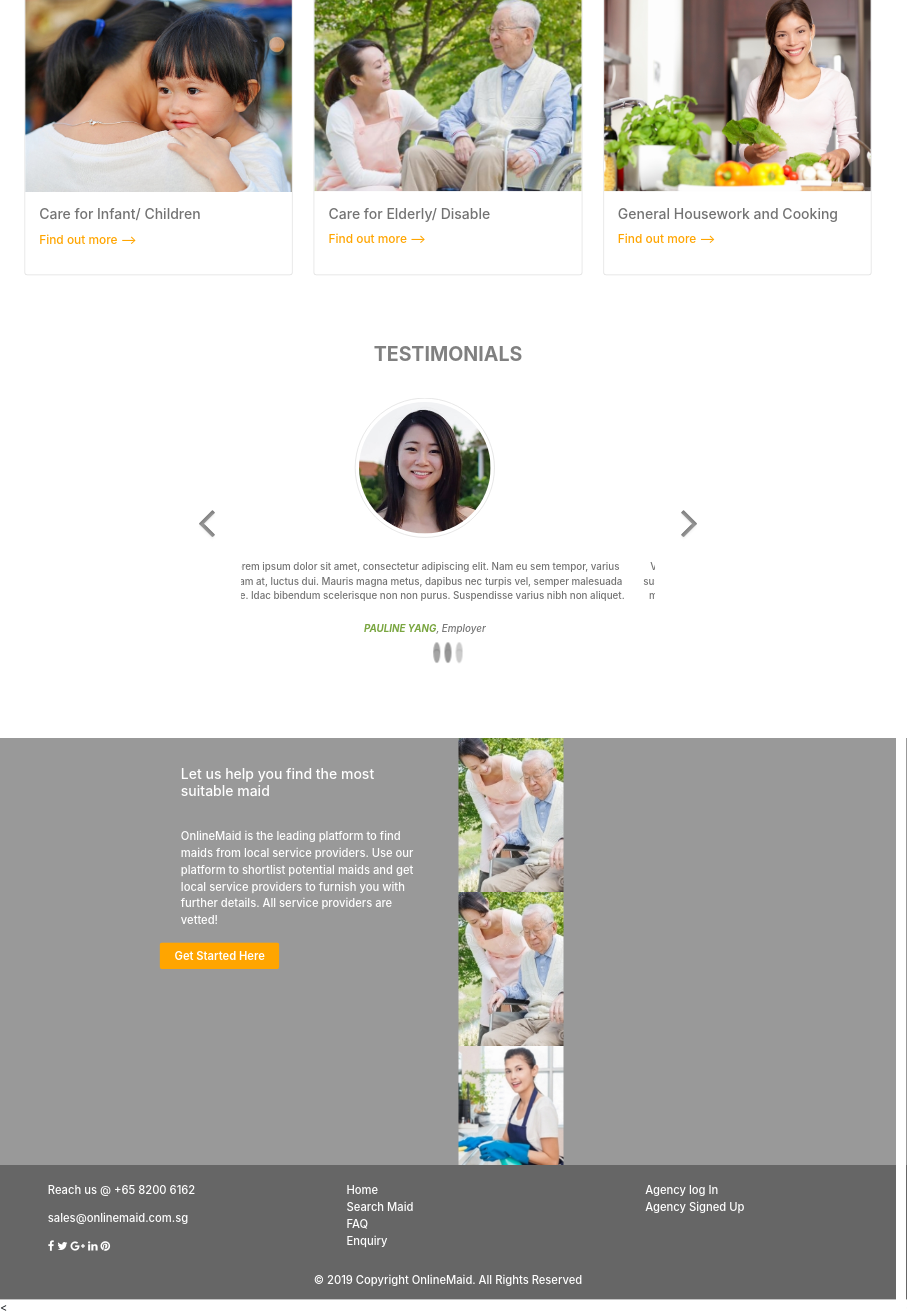
Repository: Code-Institute-Submissions/Project-1---Online-Maid
Page: testing2.html
The author's editor kept a record of every edit. The page is drawn from the files as they stood at one moment, then again after the next edit.
The browser window is 1280 px wide. The page is 1295 px wide, so the pictures cover 1295 px, including what lies to the right of the window. The pictures show the part of the page from y = 1576 to 3456 px (the page is 3456 px tall before and 3196 px after), at 70% of full size.
Some web libraries are served in a nearby version.

Above is the page before.

### testing2.html
<!DOCTYPE html>
<html lang="en">
<head>
    <meta charset="UTF-8">
    <meta name="viewport" content="width=device-width, initial-scale=1.0">
    <meta http-equiv="X-UA-Compatible" content="ie=edge">
    <link href="https://fonts.googleapis.com/css?family=Roboto:400,700|Open+Sans" rel="stylesheet">
    <link rel="stylesheet" href="https://stackpath.bootstrapcdn.com/bootstrap/4.3.1/css/bootstrap.min.css" type="text/css" />
    <link rel="stylesheet" href="https://stackpath.bootstrapcdn.com/font-awesome/4.7.0/css/font-awesome.min.css" type="text/css" />
    <link rel="stylesheet" href="https://cdnjs.cloudflare.com/ajax/libs/hover.css/2.1.1/css/hover-min.css" type="text/css" />
    <link rel="stylesheet" href="style.css" type="text/css" />
    <title>Online Maid</title>
</head>


<body>

<header>
  <nav class="navbar navbar-expand-lg navbar-light bg-white">
  <a class="navbar-brand" href="#"><img id="logo" class="pl-4 img-fluid d-md-block" src="images/logo.jpg" alt=""></a>
  <button class="navbar-toggler" type="button" data-toggle="collapse" data-target="#navbarSupportedContent" aria-controls="navbarSupportedContent" aria-expanded="false" aria-label="Toggle navigation">
    <span class="navbar-toggler-icon"></span>
  </button>

  <div class="collapse navbar-collapse" id="navbarSupportedContent">
    <ul class="navbar-nav mr-auto">
      <li class="nav-item active">
        <a class="nav-link" href="index.html">Home</a>
      </li>
      <li class="nav-item">
        <a class="nav-link" href="searchMaid.html">Search Maid</a>
      </li>
      <li class="nav-item">
        <a class="nav-link" href="enquiry.html">Enquiry</a>
      </li>
    </ul>
  </div>
</nav>
</header>

<article>
  <section>
  <div class="jumbotron">
      <h1 class= "maids-portal">The No 1 Singapore Maid Portal</h1>
      <p class= "getStarted">More than 8000 maids for you to choose<br>Start your search now!</br></p>

      <div class="form-row">
      <div class = "col"></div>

      <div class="nationality col-md-2 px-0">
        <select id="inputState" class="form-control">
        <option selected>Nationality</option>
        <option>Filipino</option>
        <option>Indonesian</option>
        <option>Indian</option>
        <option>Myanmarese</option>
        <option>Others</option>
        <option>No Preference</option>
        </select>
      </div>
      <div class="type-of-maid col-md-2 px-0">
        <select id="inputState" class="form-control">
        <option selected>Type of Maid</option>
        <option>New</option>
        <option>Transfer</option>
        <option>Experience</option>
        <option>No Preference</option>
        </select>
      </div>
      <div class="main-responsibility col-md-2 px-0">
        <select id="inputState" class="form-control">
        <option selected>Main Responsibility</option>
        <option>Cooking </option>
        <option>Care for children</option>
        <option>Care for elderly</option>
        <option>Care for disabled</option>
        <option>General housework</option>
        <option>No Preference</option>
        </select>
      </div>
      <button type="button" class="btn">Search</button>

      <div class = "col"></div>
  </div>
  </div>
  </section>

  <section>
    <h3 class="section-header">STEPS</h3>
    <p class="steps-line">Create a shortlisted of potential maids and get the agencies to contact you directly</p>

    <div class="row steps-container">
      <div class="col-1"></div>
      <div class="col-10 card-deck four-steps-container">
        <div class="card">
        <div class="card-body steps-box">
          <p class="card-title steps-box-content">STEP 1</p>
          <p class="card-text steps-box-content">Browse maids based on your criteria</p>
          <i class="steps-box-content fa fa-search fa-5x"></i>
        </div>
      </div>

        <div class="card">
        <div class="card-body steps-box">
          <P class="card-title steps-box-content">STEP 2</P>
          <p class="card-text steps-box-content">Add potential hire to your shortlisted list</p>
          <i class="steps-box-content fa fa-search-plus fa-5x"></i>
        </div>
      </div>

        <div class="card">
        <div class="card-body steps-box">
          <p class="card-title steps-box-content">STEP 3</p>
          <p class="card-text steps-box-content">Send enquries to potential hire agencies</p>
          <i class="steps-box-content fa fa-envelope fa-5x"></i>
        </div>
      </div>

        <div class="card">
        <div class="card-body steps-box">
          <p class="card-title steps-box-content">STEP 4</p>
          <p class="card-text steps-box-content">Respective agencies will contact you</p>
          <i class="steps-box-content fa fa-phone-square fa-5x"></i>
        </div>
      </div>
      </div>
      <div class="col-1"></div>
    </div>
  </section>

  <section>
    <h3 class="section-header">PREFERENCE</h3>

    <div class="card-deck six-choices-1">
      <div class="card maid-experience">
        <a href="searchMaid.html">
          <img class="card-img-top" src="images/preference/partTime1.jpg" alt="Card image cap">
          <div class="card-body">
          <h5 class="card-title">Part Time Maid</h5>
          <p class="find-out-more">Find out more --></p>
        </div>
        </a>
      </div>

      <div class="card maid-experience">
        <a href="searchMaid.html">
          <img class="card-img-top" src="images/preference/fullTime1.jpg" alt="Card image cap">
          <div class="card-body maid-experience">
            <h5 class="card-title">Full Time Maid</h5>
            <p class="find-out-more">Find out more --></p>
          </div>
        </a>
      </div>

      <div class="card maid-experience">
        <a href="searchMaid.html">
        <img class="card-img-top" src="images/preference/confinement.jpg" alt="Card image cap">
        <div class="card-body maid-experience">
          <h5 class="card-title">Confinement Nanny</h5>
          <p class="find-out-more">Find out more --></p>
        </div>
        </a>
      </div>
    </div>

    <div class="card-deck six-choices-2">
      <div class="card maid-experience">
        <a href="searchMaid.html">
        <img class="card-img-top" src="images/preference/childrenCare1.jpg" alt="Card image cap">
        <div class="card-body maid-experience">
          <h5 class="card-title">Care for Infant/ Children</h5>
          <p class="find-out-more">Find out more --></p>
        </div>
        </a>
      </div>

      <div class="card maid-experience">
        <a href="searchMaid.html">
        <img class="card-img-top" src="images/preference/elderlyCare1.jpg" alt="Card image cap">
        <div class="card-body maid-experience">
          <h5 class="card-title">Care for Elderly/ Disable</h5>
          <p class="find-out-more">Find out more --></p>
        </div>
        </a>
      </div>

      <div class="card maid-experience">
        <a href="searchMaid.html">
        <img class="card-img-top" src="images/preference/cooking1.jpg" alt="Card image cap">
        <div class="card-body maid-experience">
          <h5 class="card-title">General Housework and Cooking</h5>
          <p class="find-out-more">Find out more --></p>
        </div>
        </a>
      </div>
    </div>

  </section>

  <section>
    <div class="container">
	<div class="row">
		<div class="col-md-8 col-center m-auto">
			<h3 class="section-header testimonial">TESTIMONIALS</h3>
			<div id="myCarousel" class="carousel slide" data-ride="carousel">
				<!-- Carousel indicators -->
				<ol class="carousel-indicators">
					<li data-target="#myCarousel" data-slide-to="0" class="active"></li>
					<li data-target="#myCarousel" data-slide-to="1"></li>
					<li data-target="#myCarousel" data-slide-to="2"></li>
				</ol>
				<!-- testimonial text -->
				<div class="carousel-inner">
					<div class="item carousel-item active">
						<div class="img-box"><img src="images/testimonial/T1a.jpg" alt=""></div>
						<p class="testimonial">Lorem ipsum dolor sit amet, consectetur adipiscing elit. Nam eu sem tempor, varius quam at, luctus dui. Mauris magna metus, dapibus nec turpis vel, semper malesuada ante. Idac bibendum scelerisque non non purus. Suspendisse varius nibh non aliquet.</p>
						<p class="overview"><b>Pauline Yang</b>, Employer</p>
					</div>
					<div class="item carousel-item">
						<div class="img-box"><img src="images/testimonial/T2a.jpg" alt=""></div>
						<p class="testimonial">Vestibulum quis quam ut magna consequat faucibus. Pellentesque eget nisi a mi suscipit tincidunt. Utmtc tempus dictum risus. Pellentesque viverra sagittis quam at mattis. Suspendisse potenti. Aliquam sit amet gravida nibh, facilisis gravida odio.</p>
						<p class="overview"><b>Antonio Moreno</b>, Employer</p>
					</div>
					<div class="item carousel-item">
						<div class="img-box"><img src="images/testimonial/T3a.jpg" alt=""></div>
						<p class="testimonial">Phasellus vitae suscipit justo. Mauris pharetra feugiat ante id lacinia. Etiam faucibus mauris id tempor egestas. Duis luctus turpis at accumsan tincidunt. Phasellus risus risus, volutpat vel tellus ac, tincidunt fringilla massa. Etiam hendrerit dolor eget rutrum.</p>
						<p class="overview"><b>Michelle Stone</b>, Employer</p>
					</div>
				</div>
				<!-- Carousel controls -->
				<a class="carousel-control left carousel-control-prev" href="#myCarousel" data-slide="prev">
					<i class="fa fa-angle-left"></i>
				</a>
				<a class="carousel-control right carousel-control-next" href="#myCarousel" data-slide="next">
					<i class="fa fa-angle-right"></i>
				</a>
			</div>
		</div>
	</div>
</div>
  </section>

  <section>
  <div class="row enquiry-container">
    <div class="col-2 enquiry-box-1"></div>

    <div class="col-4 enquiry-box-2">
      <h5 class ="enquiry-header">Let us help you find the most suitable maid</h5>
      <p class ="enquiry-content">OnlineMaid is the leading platform to find maids from local service providers.  Use our platform to shortlist potential maids and get local service providers to furnish you with further details. All service providers are vetted!</p>
      <button type="button" class="btn enquiry-btn">Get Started Here</button>
    </div>

    <div class="col-4 enquiry-box-3">
      <img class="card-img-top-1" src="images/enquiry/1a.jpg" alt="Card image cap">
      <div class="row picture-container">

        <div class="col-4 picture-col-1">
          <img class="card-img-top-1" src="images/enquiry/1a.jpg" alt="Card image cap">
          <img class="card-img-top-2" src="images/enquiry/2a.jpg" alt="Card image cap">
        </div>




      </div>
  </div>

    <div class="col-2 enquiry-box-4"></div>
  </div>
  </section>
</article>


<footer class="page-footer font-small footer-style pt-4">
  <div class="container-fluid text-center text-md-left">
    <div class="row d-flex justify-content-around">

      <div class=" footer-left col-md-3 mt-md-0 mt-3">
        <p class="footer-content">Reach us @ +65 8200 6162</p>
        <p class= "footer-content">sales@onlinemaid.com.sg</p>

        <!-- social -->
        <a href="#" class="social so1 fa fa-facebook"></a>
        <a href="#" class="social fa fa-twitter"></a>
        <a href="#" class="social fa fa-google-plus"></a>
        <a href="#" class="social fa fa-linkedin"></a>
        <a href="#" class="social fa fa-pinterest"></a>
      </div>

      <div class="col-md-3 mb-md-0 mb-3">
        <ul class="list-unstyled">
          <li>
            <a href="index.html">Home</a>
          </li>
          <li>
            <a href="searchMaid.html">Search Maid</a>
          </li>
          <li>
            <a href="faq.html">FAQ</a>
          </li>
          <li>
            <a href="enquiry.html">Enquiry</a>
          </li>
        </ul>
      </div>

      <div class="col-md-3 mb-md-0 mb-3">
        <ul class="list-unstyled">
          <li>
            <a href="searchMaid.html">Agency log In</a>
          </li>
          <li>
            <a href="searchMaid.html">Agency Signed Up</a>
          </li>
        </ul>
      </div>

    </div>
  </div>

  <div class="footer-copyright text-center py-3">© 2019 Copyright OnlineMaid.  All Rights Reserved</div>
</footer>



<
    <script src="https://code.jquery.com/jquery-3.3.1.slim.min.js" integrity="sha384-q8i/X+965DzO0rT7abK41JStQIAqVgRVzpbzo5smXKp4YfRvH+8abtTE1Pi6jizo" crossorigin="anonymous"></script>
    <script src="https://cdnjs.cloudflare.com/ajax/libs/popper.js/1.14.7/umd/popper.min.js" integrity="sha384-UO2eT0CpHqdSJQ6hJty5KVphtPhzWj9WO1clHTMGa3JDZwrnQq4sF86dIHNDz0W1" crossorigin="anonymous"></script>
    <script src="https://stackpath.bootstrapcdn.com/bootstrap/4.3.1/js/bootstrap.min.js" integrity="sha384-JjSmVgyd0p3pXB1rRibZUAYoIIy6OrQ6VrjIEaFf/nJGzIxFDsf4x0xIM+B07jRM" crossorigin="anonymous"></script>
</body>
</html>

### style.css

/*overall*/
*{
    padding: 0;
    margin: 0;
    box-sizing: border-box;
    color: #737373;
    font-weight: 500;
}



/*header*/
#logo {
    height: 55px;
    max-width:100%;
}

.active{
     font-size: 25px;
}

.nav-item{
    padding: 0px 20px;
    font-weight:600;
    font-size: 18px;

}

.nav-link {
        color: #0571bb !important;
}

.active .nav-link {
   color: #234c7a !important;
   font-weight: bold;
}

/*footer*/
.footer-style{
    background: #666666;
}


.footer-content,
.social,
.footer-copyright,
.list-unstyled a {
    color: white;
}


.footer-left a:hover,
.list-unstyled a:hover {
   color:orange;
}


.list-unstyled a {
   text-decoration: none;
}



/*Section 1-jumbotron*/
.j1 {
    background-image: url("images/banner.jpg");
    background-size: cover;
    color: white;
    padding : 120px 0px;
    margin: 0px 0px 120px;
     }


.maids-portal,
.getStarted{
   text-align: center;
    font-weight: 600;
    color: white;
    margin: 0px 20px 20px 20px;
    margin-bottom: 20px;
}


.getStarted{
    font-size: 20px;
}


.form-row {
    padding: 50px 0px 0px 0px;
}


.form-control {
    color: #737373;
    font-weight: 500;
}


.btn {
    background-color: #808080;
    color: white;
    padding: 0px 40px;
    font-weight: 600;
}


.btn:hover {
    background: orange;
    color: white;
}



/*section 2 - 4 Steps*/
.section-header{
    text-align: center;
    margin: 80px 0px 10px 0px ;
    line-height: 25px;
    font-weight: 700;
    position: relative;
    opacity: 0.9;
}


.steps-line{
    text-align: center;
    margin: 20px;
    padding: 0px;
    line-height: 25px;
    font-size: 18px;
}


.four-steps-container {
    margin: 50px 0px 120px 0px;
}


.steps-box {
    background-color: orange;
    text-align: center;
    font-weight: 500;
    color: white;
}


.steps-box-content {
    color: white;
}


.i{
    font-size: 100px;
}



/*index.html section 3*/
.six-choices-1 {
   margin: 30px 20px 30px 20px;
}


.six-choices-2 {
   margin: 30px 20px 20px 20px;
}


.maid-experience a:hover{
    text-decoration: none;
}


.maid-experience p {
    color: orange;
    font-size: 17px;
}



/*section 4 - enquiry-box*/
.enquiry-container {
    min-height: 350px;
    background-color: #999999;
    color: white;
    margin: 80px 0px 0px;
}


.enquiry-header {
    margin: 40px 30px 20px;
    /*margin-bottom: 20px;*/
    color: white;
}


.enquiry-content {
 font-size: 16px;
 margin: 40px 20px 20px 30px;

 color: white;
}


.enquiry-btn{
    background: orange;
    color: white;
    padding: 0px 20px;
    min-height: 38px;
    margin-bottom: 20px;
    font-weight: 600
}

.contact-form .btn-primary:hover,
.enquiry-btn:hover{
    background: #1d93e2;
    color: white;
    border: none;
}


/*section 5 - testimonial*/
.carousel {
	margin: 50px auto;
	padding: 0 70px;
}

.carousel .item {
	/*color: #999;*/
	font-size: 14px;
    text-align: center;
	overflow: hidden;
    min-height: 290px;
}


.carousel .item .img-box {
	width: 200px;
	height: 200px;
	margin: 0 auto;
	padding: 5px;
	border: 1px solid #ddd;
	border-radius: 50%;
}


.carousel .img-box img {
	width: 100%;
	height: 100%;
	display: block;
	border-radius: 50%;
}


.carousel .testimonial {
	padding: 30px 0 10px;
}


.carousel .overview {
	font-style: italic;
}


.overview b {
	text-transform: uppercase;
	color: #7AA641;
}


.carousel .carousel-control {
	width: 40px;
    height: 40px;
    margin-top: -20px;
    top: 50%;
	background: none;
}


.carousel-control i {
    font-size: 68px;
	line-height: 42px;
    position: absolute;
    display: inline-block;
	color: rgba(0, 0, 0, 0.8);
    text-shadow: 0 3px 3px #e6e6e6, 0 0 0 #000;
}


.carousel .carousel-indicators {
	bottom: -40px;
}


.carousel-indicators li, .carousel-indicators li.active {
	width: 10px;
	height: 10px;
	margin: 1px 3px;
	border-radius: 50%;
}


.carousel-indicators li {
	background: #999;
	border-color: transparent;
	box-shadow: inset 0 2px 1px rgba(0,0,0,0.2);
}


.carousel-indicators li.active {
	background: #555;
	box-shadow: inset 0 2px 1px rgba(0,0,0,0.2);
}





/*searchMaid Jumbotron*/

.header-jumbotron {
   background-image: url("images/banner.jpg");
    background-size: cover;
    padding : 30px 0px 30px 125px;
    /*margin-bottom: 30px;*/
    opacity: 0.8;
     }


.header-jumbotron-text{
    color: white;
    font-weight: 700
}


.bio-container {
    margin: 110px 0px 0px 0px;
    padding-left: 50px;
}


.padding-left{
    padding-left: 30px;
}

.filter {
    margin: 10px 30px 20px 0px;

    color: #737373;
}


.filter-dropdown-box{
    height: 50px;
}


.maid-name{
    font-size: 20px;
    font-weight: 700;
    padding: 15px 0px 0px;
}


.small-label{
    font-size:13px;
    margin: 7px 0px;
}

.big-label{
    margin: 0px;
    padding: 0px;
}


.name-and-country,
.age-marital-status,
.maid-type,
.agency-name{
   padding: 0px 0px 5px 10px;
   margin: 0px 10px 2px;
   border-bottom-color: #e6e6e6;
   border-top:none;
}


.bio-btn{
    padding: 7px 0px;
    margin: 5px 10px;
    border: 0px;
    background: orange;
    font-weight: 600
}


.bio-btn:hover{
    color: #595959;
}


.pagination-margin{
    margin: 50px 0px 0px;
}





/*enquiry-form*/
.searchmaid-body,
.enquiry-body{
        background: #f5f5f5;
    }


.contact-form {
    padding: 10px 50px;
}


.contact-form .btn  {
    min-height: 38px;
    border-radius: 5px;
    min-width: 150px;
    background: orange;
    border: none;
}


.hint-text {
    font-size: 18px;
    padding-bottom: 30px;
    opacity: 0.9;
}


.particular {
    opacity: 0.7;
}

@media (max-width:768px) {
    .form-row {
        padding:40px;
    }
}

After the next edit:
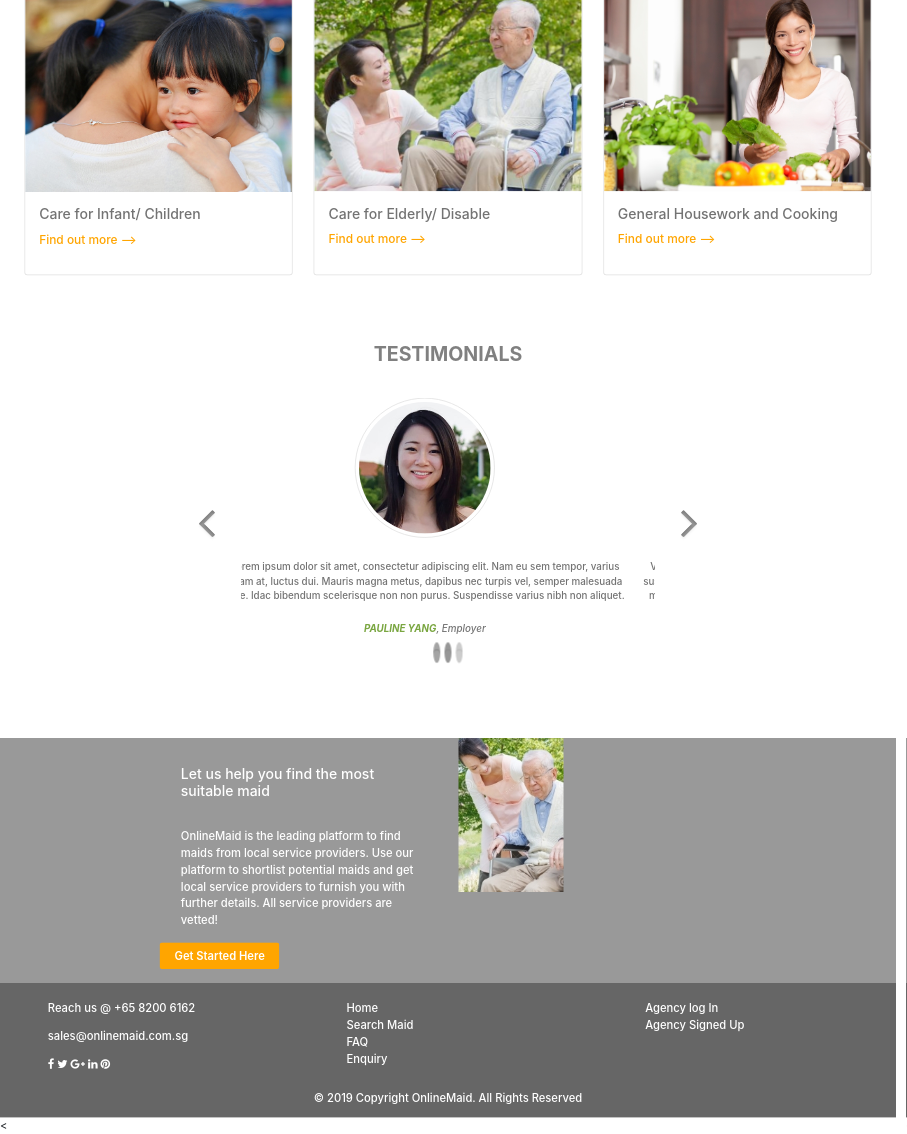
The edit:
--- a/testing2.html
+++ b/testing2.html
@@ -254,10 +254,7 @@
       <img class="card-img-top-1" src="images/enquiry/1a.jpg" alt="Card image cap">
       <div class="row picture-container">
 
-        <div class="col-4 picture-col-1">
-          <img class="card-img-top-1" src="images/enquiry/1a.jpg" alt="Card image cap">
-          <img class="card-img-top-2" src="images/enquiry/2a.jpg" alt="Card image cap">
-        </div>
+
 
 
 
